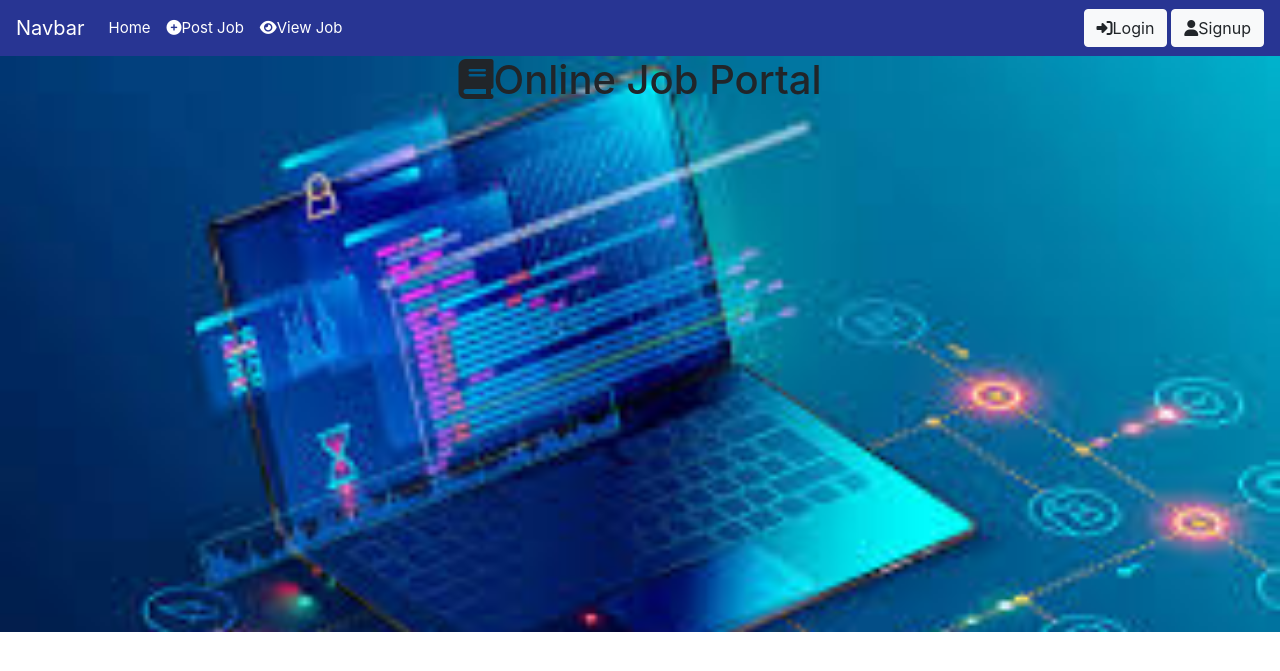
Repository: Pankaj08072001/Adv_Java
Page: http://localhost/06_Job_portal_Project/
An editor plug-in stored every save of this project. The page is shown before and after the next save, followed by the edit.
The browser window is 1280 px wide. The pictures show the whole page.
Some web libraries are served in a nearby version. The page is served by Tomcat 9. Other server files are loaded and not shown.

Above is the page before, as saved 2025-03-13 19:04:12.

### 06_Job_portal_Project/src/main/webapp/index.jsp
<%@ page language="java" contentType="text/html; charset=UTF-8"
	pageEncoding="UTF-8"%>
<!DOCTYPE html>
<html>
<head>
<meta charset="UTF-8">
<title>Insert title here</title>
<%@include file="All_component/All_css.jsp"%>
<style class="text/css">
.back-img {
	background:url("Img/images.jpeg");
	width: 100%;
	height:80vh;
	background-repeat: no-repeat;
	background-size: cover;
}
</style>
</head>
<body>
	<%@include file="All_component/Navbar.jsp"%>
	<div class="container-fluid back-img">
		<div class="text-center">
			<h1>
				<i class="fa fa-book" aria-hidden="true"></i>Online Job Portal
			</h1>

		</div>
	</div>
</body>
</html>

### 06_Job_portal_Project/src/main/webapp/All_component/All_css.jsp
<link rel="stylesheet"
	href="https://cdn.jsdelivr.net/npm/bootstrap@4.0.0/dist/css/bootstrap.min.css"
	integrity="sha384-Gn5384xqQ1aoWXA+058RXPxPg6fy4IWvTNh0E263XmFcJlSAwiGgFAW/dAiS6JXm"
	crossorigin="anonymous">


<script src="https://code.jquery.com/jquery-3.2.1.slim.min.js"
	integrity="sha384-KJ3o2DKtIkvYIK3UENzmM7KCkRr/rE9/Qpg6aAZGJwFDMVNA/GpGFF93hXpG5KkN"
	crossorigin="anonymous"></script>
<script
	src="https://cdn.jsdelivr.net/npm/popper.js@1.12.9/dist/umd/popper.min.js"
	integrity="sha384-ApNbgh9B+Y1QKtv3Rn7W3mgPxhU9K/ScQsAP7hUibX39j7fakFPskvXusvfa0b4Q"
	crossorigin="anonymous"></script>
<script
	src="https://cdn.jsdelivr.net/npm/bootstrap@4.0.0/dist/js/bootstrap.min.js"
	integrity="sha384-JZR6Spejh4U02d8jOt6vLEHfe/JQGiRRSQQxSfFWpi1MquVdAyjUar5+76PVCmYl"
	crossorigin="anonymous"></script>

<link rel="stylesheet"
	href="https://cdnjs.cloudflare.com/ajax/libs/font-awesome/6.7.2/css/all.min.css"
	integrity="sha512-Evv84Mr4kqVGRNSgIGL/F/aIDqQb7xQ2vcrdIwxfjThSH8CSR7PBEakCr51Ck+w+/U6swU2Im1vVX0SVk9ABhg=="
	crossorigin="anonymous" referrerpolicy="no-referrer" />

	<link rel="Stylesheet" href ="All_component/Style.css" >

### 06_Job_portal_Project/src/main/webapp/All_component/Navbar.jsp
<nav class="navbar navbar-expand-lg navbar-dark bg-custom">
	<a class="navbar-brand" href="#">Navbar</a>
	<button class="navbar-toggler" type="button" data-toggle="collapse"
		data-target="#navbarSupportedContent"
		aria-controls="navbarSupportedContent" aria-expanded="false"
		aria-label="Toggle navigation">
		<span class="navbar-toggler-icon"></span>
	</button>

	<div class="collapse navbar-collapse" id="navbarSupportedContent">
		<ul class="navbar-nav mr-auto">
			<li class="nav-item active"><a class="nav-link" href="#">Home
					<span class="sr-only">(current)</span>
			</a></li>
			<li class="nav-item"><a class="nav-link" href="#"><i class="fas fa-plus-circle"></i>Post Job</a></li>
			<li class="nav-item"><a class="nav-link" href="#"><i class="fas fa-eye"></i>View Job</a></li>

		</ul>
		<form class="form-inline my-2 my-lg-0">
			<a href="#" class="btn btn-light mr-1"> <i class="fas fa-sign-in-alt"></i>Login</a>
			<a href ="#" class="btn btn-light"><i class="fas fa-user"></i>Signup</a>
		</form>
	</div>
</nav>

### 06_Job_portal_Project/src/main/webapp/All_component/Style.css
.bg-custom{
	background : #283593 !important;

}
.navbar .nav-item .nav-link{
	font-size: 15px;
	color : white;
}
.navbar .nav-item:hover .nav-link{
	background : white ;
	color : black;
	border-radius: 10px;
}

After the next save:
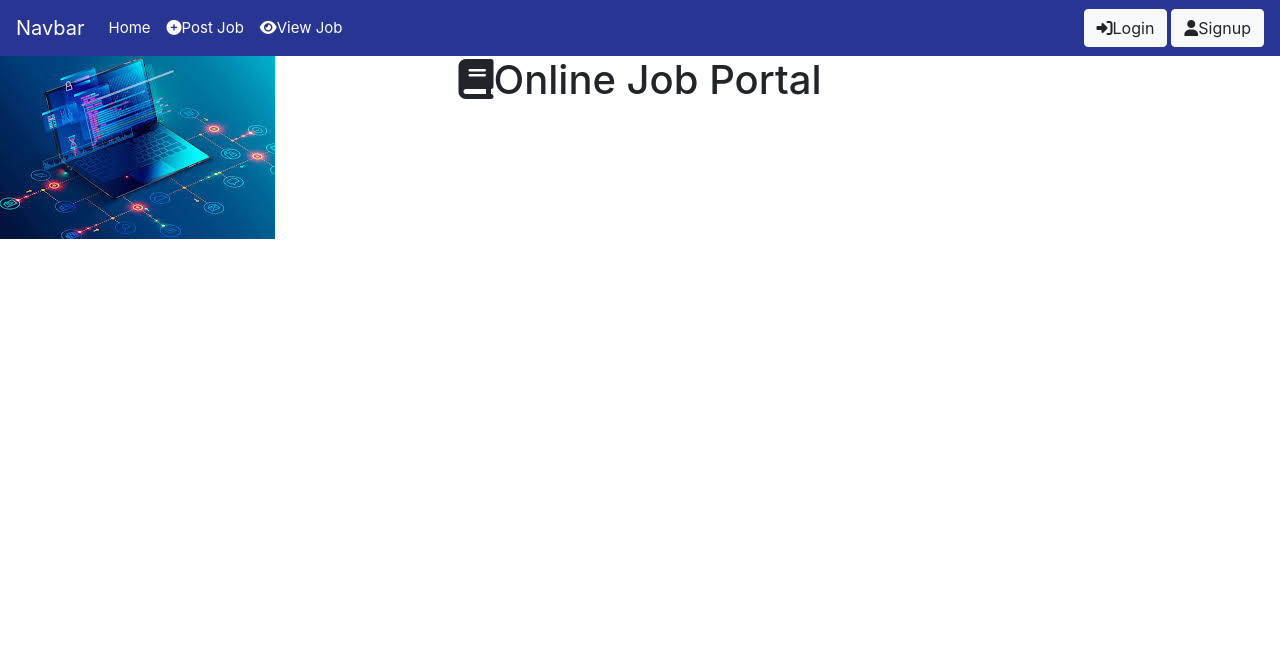
Saved 50 s later.
--- a/06_Job_portal_Project/src/main/webapp/index.jsp
+++ b/06_Job_portal_Project/src/main/webapp/index.jsp
@@ -12,7 +12,7 @@
 	width: 100%;
 	height:80vh;
 	background-repeat: no-repeat;
-	background-size: cover;
+
 }
 </style>
 </head>

After the save that followed:
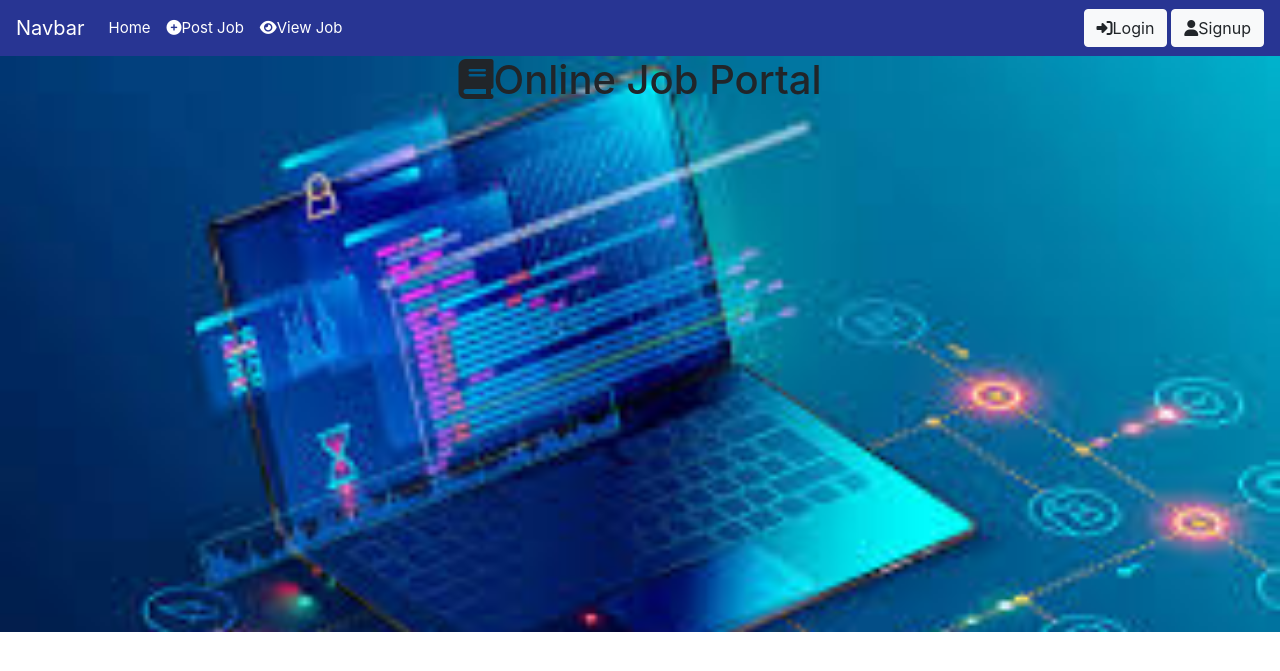
Saved 25 s later.
--- a/06_Job_portal_Project/src/main/webapp/index.jsp
+++ b/06_Job_portal_Project/src/main/webapp/index.jsp
@@ -12,7 +12,7 @@
 	width: 100%;
 	height:80vh;
 	background-repeat: no-repeat;
-
+	background-size: cover;
 }
 </style>
 </head>
